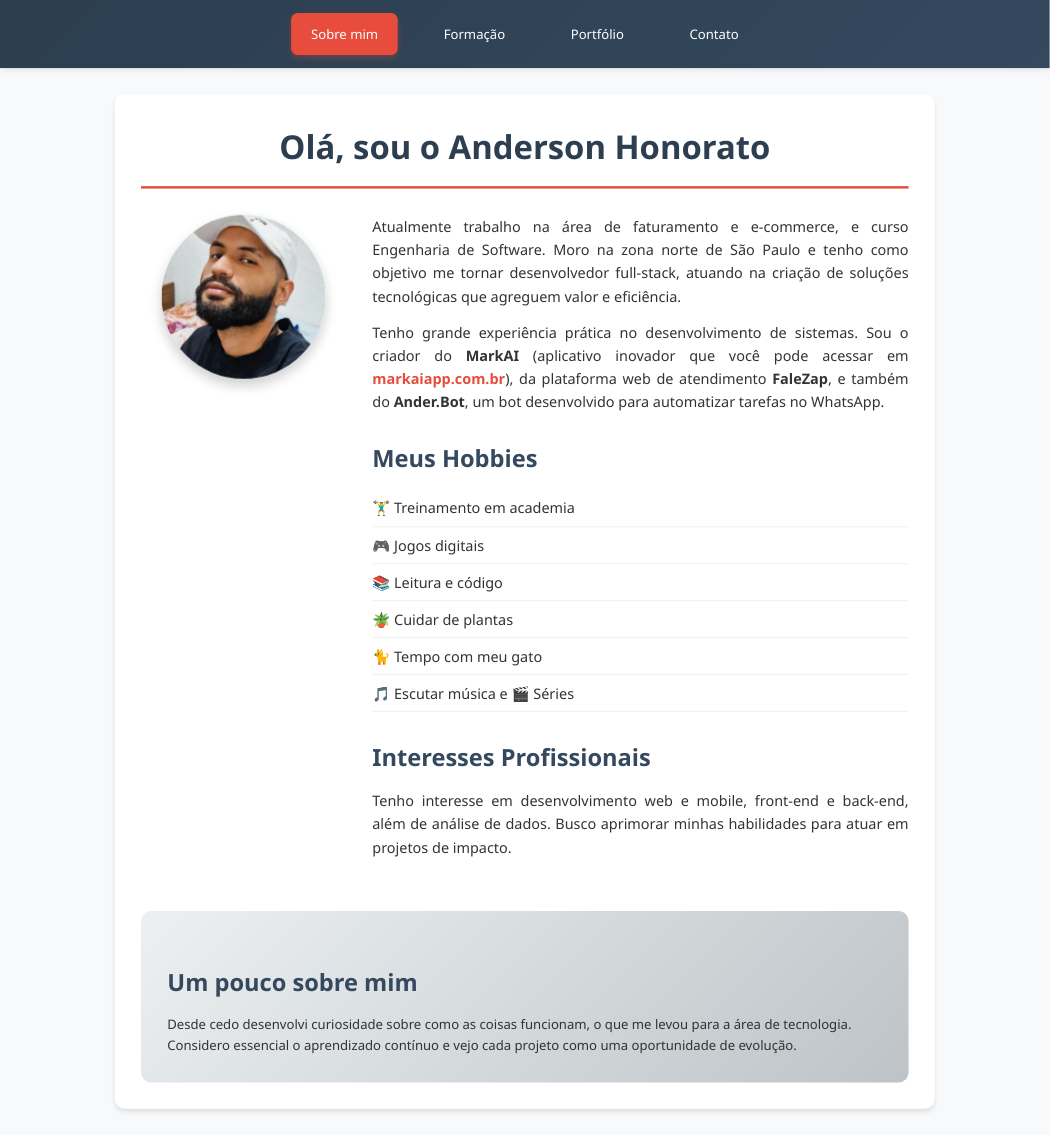
Repository: AnderHonorato/meu-portfolio
Page: index.html
An editor plug-in stored every save of this project. The page is shown before and after the next save, followed by the edit.
The browser window is 1280 px wide. The pictures show the whole page, at 82% of full size.

Above is the page before, as saved 2026-02-24 20:21:13.

After the next save:
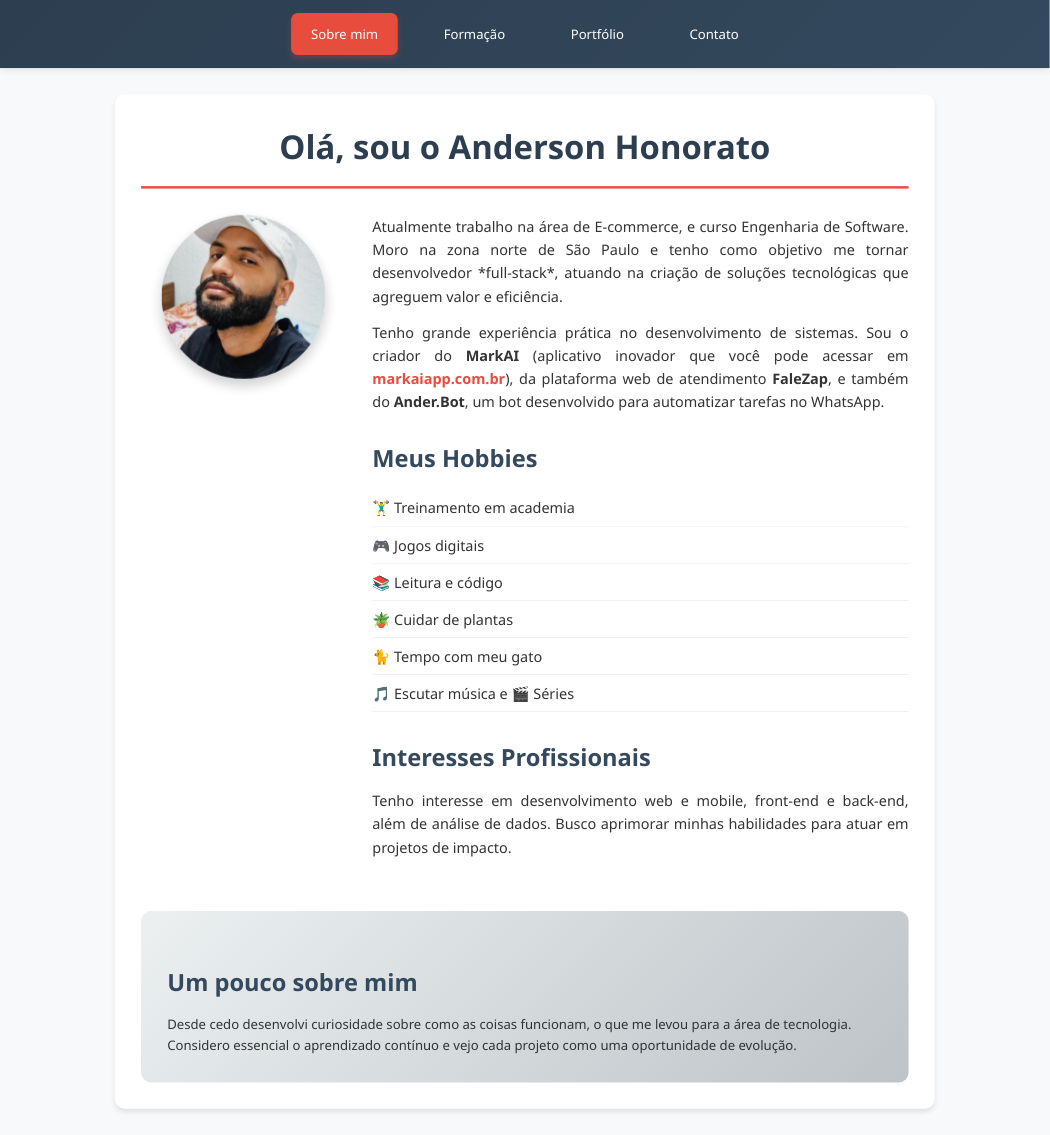
Saved 2 min 40 s later.
--- a/index.html
+++ b/index.html
@@ -25,7 +25,7 @@
         </div>
 
         <div class="texto-sobre">
-            <p>Atualmente trabalho na área de faturamento e e-commerce, e curso Engenharia de Software. Moro na zona norte de São Paulo e tenho como objetivo me tornar desenvolvedor full-stack, atuando na criação de soluções tecnológicas que agreguem valor e eficiência.</p>
+            <p>Atualmente trabalho na área de E-commerce, e curso Engenharia de Software. Moro na zona norte de São Paulo e tenho como objetivo me tornar desenvolvedor *full-stack*, atuando na criação de soluções tecnológicas que agreguem valor e eficiência.</p>
 
             <p>Tenho grande experiência prática no desenvolvimento de sistemas. Sou o criador do <strong>MarkAI</strong> (aplicativo inovador que você pode acessar em <a href="https://markaiapp.com.br" target="_blank" style="color: #e74c3c; text-decoration: none; font-weight: bold;">markaiapp.com.br</a>), da plataforma web de atendimento <strong>FaleZap</strong>, e também do <strong>Ander.Bot</strong>, um bot desenvolvido para automatizar tarefas no WhatsApp.</p>
 
